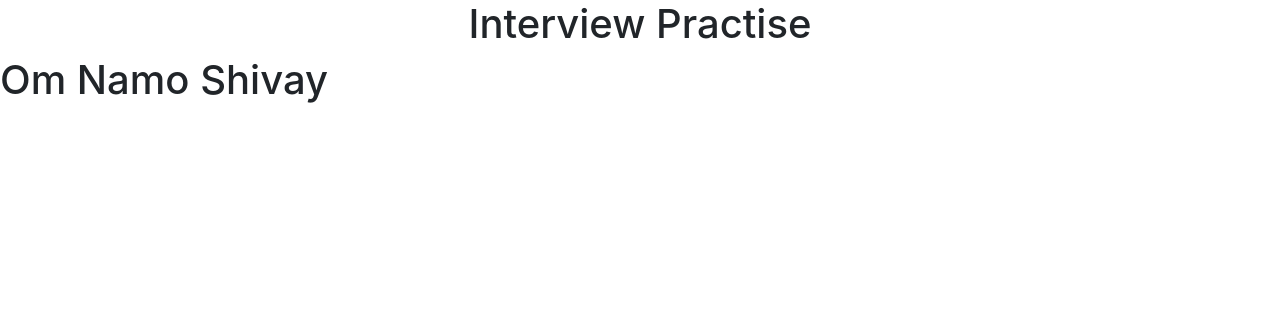
Repository: punitbathija/Machine-Round-React
Page: /
The author's editor kept a copy of each file at every save. The page is drawn from the files as they stood at one save, then again after a run of saves.
The browser window is 1280 px wide. The pictures show the whole page.
The project was rebuilt for these pictures with package versions that can differ from the ones it lists, and the page was loaded fresh each time. Also part of the build but not shown: src/components/counter.jsx, src/components/ProgressBar.js, src/components/CurrencyCoverter.js, src/components/TempratureConveter.js.

Above is the page before, as saved 2023-06-01 15:39:39.

After the next 2 saves:
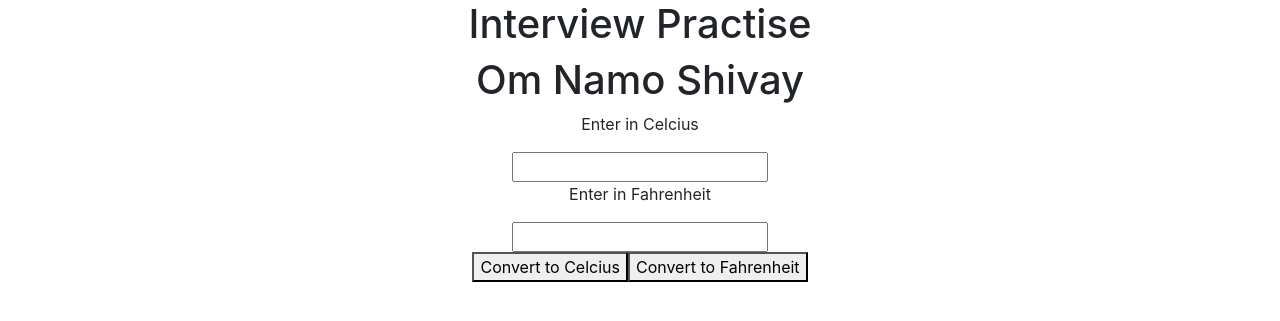
The 2 saves are shown as one change because they came seconds apart.
The last was saved 15 s later.
--- a/src/index.js
+++ b/src/index.js
@@ -5,7 +5,7 @@ import "./index.css";
 import ProgressBar from "./components/ProgressBar";
 import CurrencyCoverter from "./components/CurrencyCoverter";
 import TempratureConveter from "./components/TempratureConveter";
-import Tc from "./components/tc";
+import Tc from "./components/Tc";
 // import FetchApi from "./components/FetchApi";
 
 const root = ReactDOM.createRoot(document.getElementById("root"));
